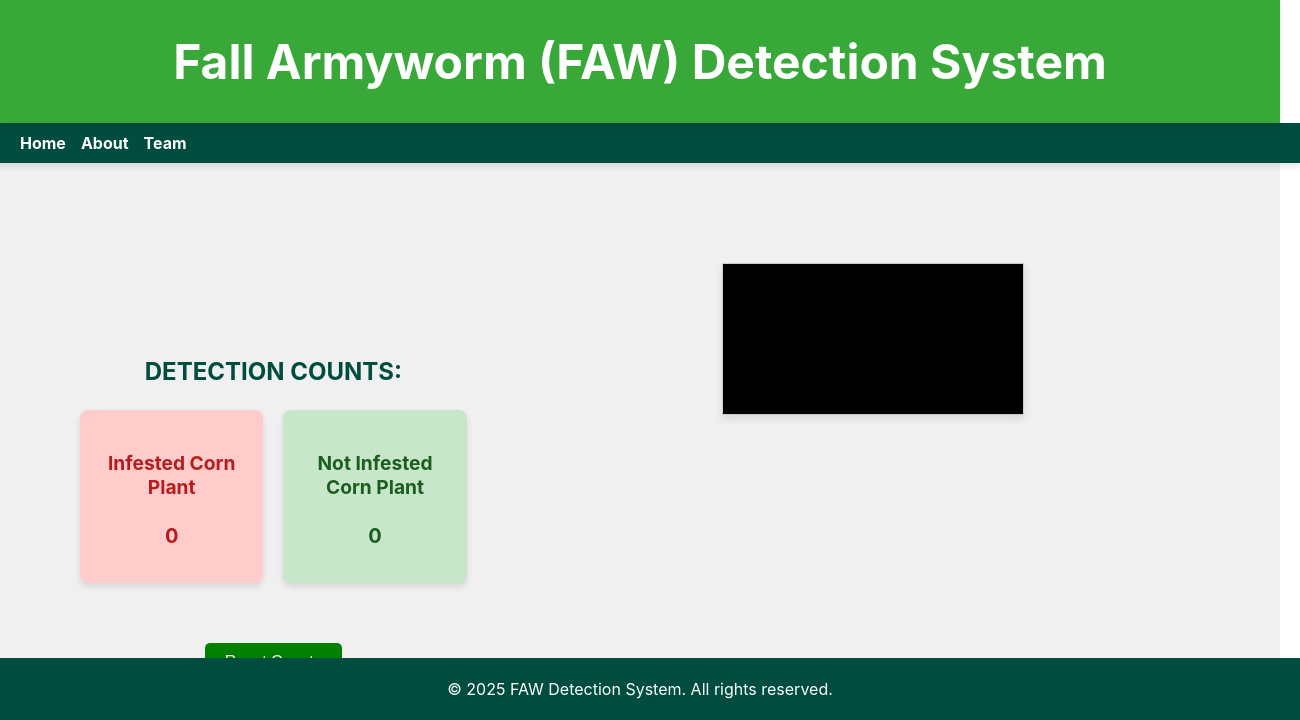
Repository: jansen223/faw-detection-main
Page: /
An editor plug-in stored every save of this project. The page is shown before and after the next save, followed by the edit.
The browser window is 1280 px wide. The page is 1300 px wide, so the pictures cover 1300 px, including what lies to the right of the window. The pictures show the whole page.
The page's requests for data from a server got no answer. The project was rebuilt for these pictures with package versions that can differ from the ones it lists, and the page was loaded fresh each time. No one was signed in, and anything a server would have sent is missing.

Above is the page before, as saved 2025-04-10 01:29:12.

After the next save:
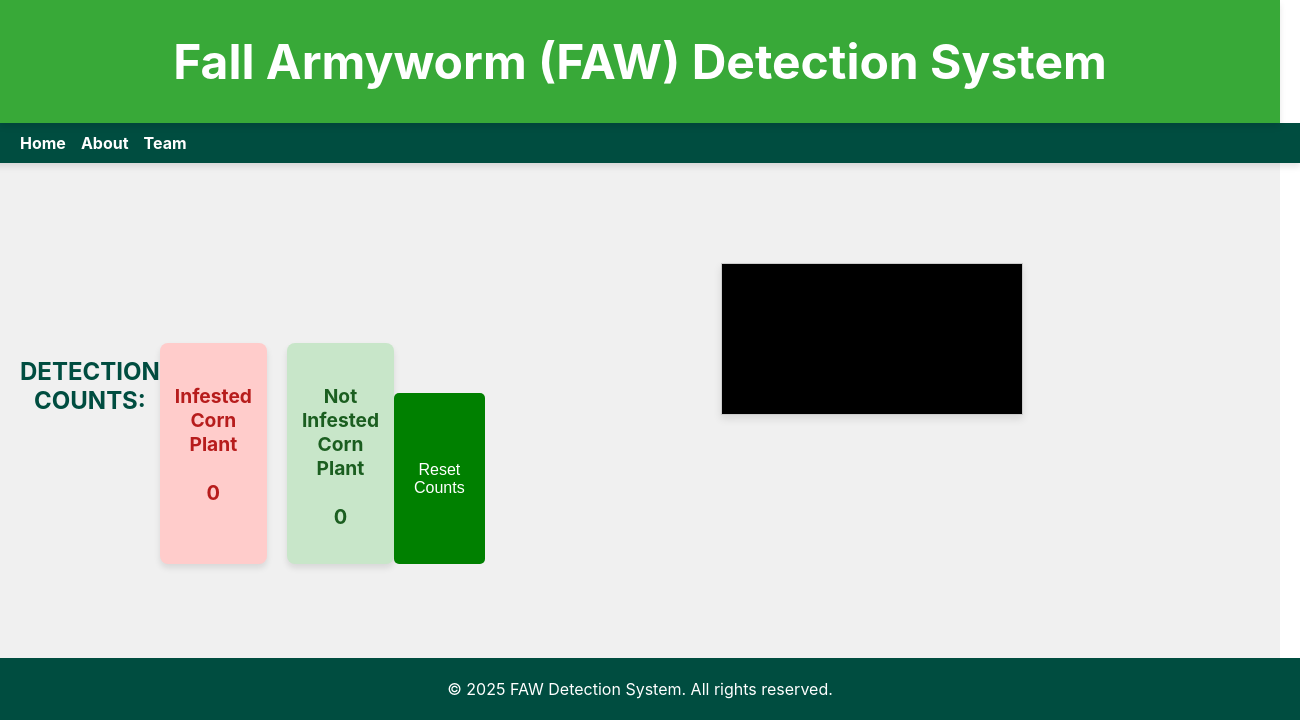
Saved 116 s later.
--- a/src/App.css
+++ b/src/App.css
@@ -206,8 +206,8 @@
 .detection-section {
   margin-top: 150px;
   flex: 1;
-  margin-left: 60px;
-  margin-right: 20px;
+  display: flex;
+  justify-content: center;
 }
 
 .detection-section h3 {

After the save that followed:
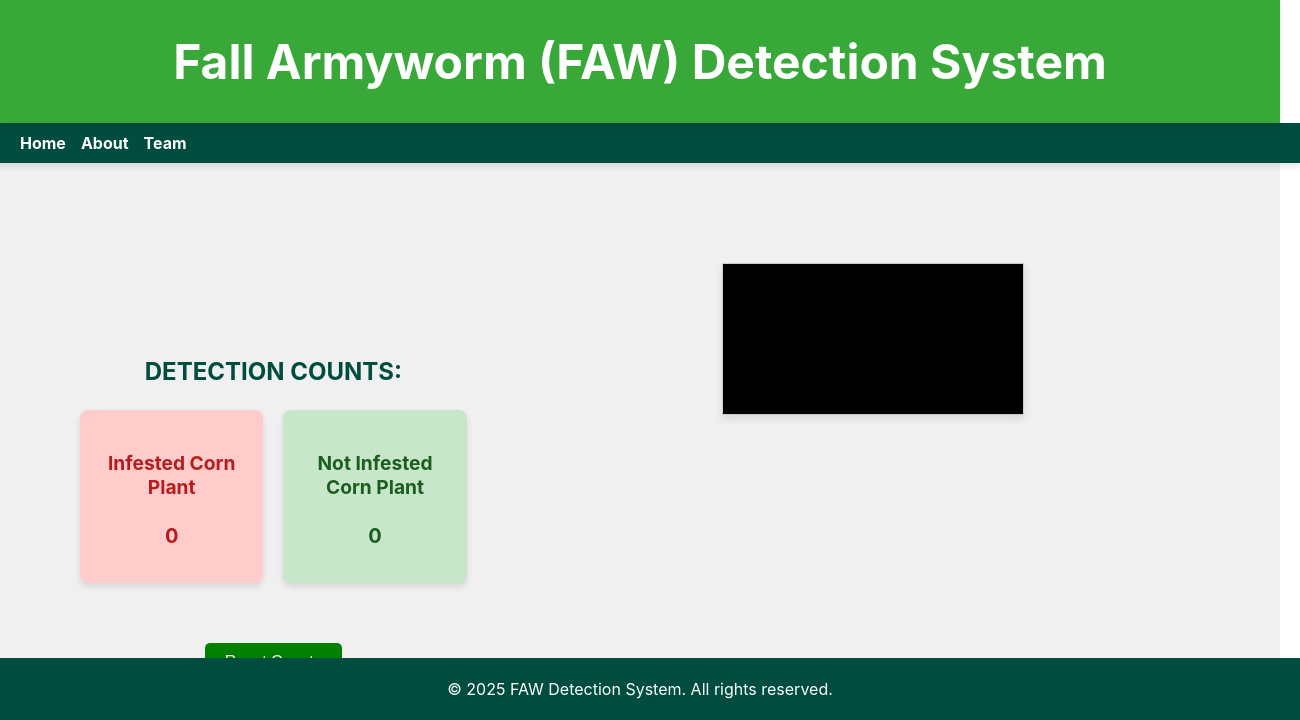
Saved 27 s later.
--- a/src/App.css
+++ b/src/App.css
@@ -206,8 +206,8 @@
 .detection-section {
   margin-top: 150px;
   flex: 1;
-  display: flex;
-  justify-content: center;
+  margin-left: 60px;
+  margin-right: 20px;
 }
 
 .detection-section h3 {
